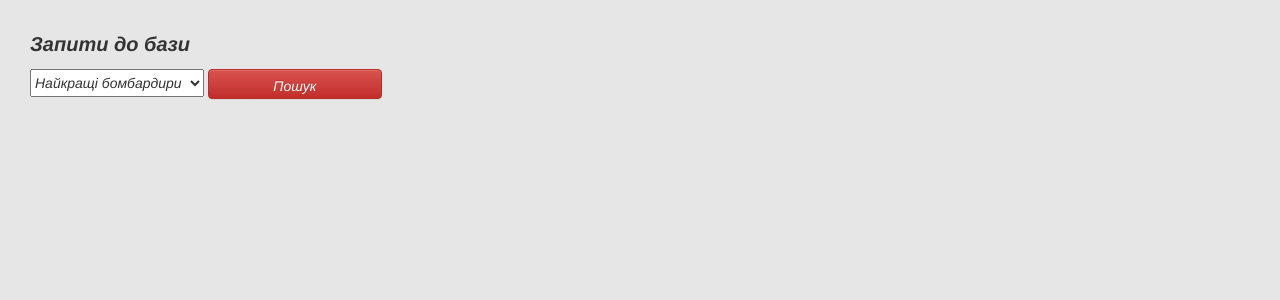
Repository: polik1996/StatisticManager
Page: StatisticsManager/WebContent/queryForPlayer.html
The author's editor kept a copy of each file at every save. The page is drawn from the files as they stood at one save, then again after the next save.
The browser window is 1280 px wide. The pictures show the whole page.

Above is the page before, as saved 2016-06-16 22:01:31.
Console error (its wording comes from the project's code and is left out).

After the next save:
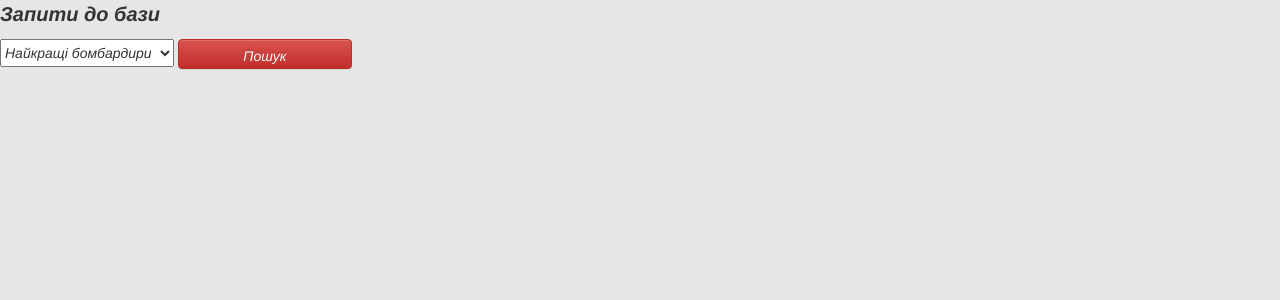
Saved 38 s later.
--- a/StatisticsManager/WebContent/queryForPlayer.html
+++ b/StatisticsManager/WebContent/queryForPlayer.html
@@ -10,8 +10,6 @@
      <style>
    body{
     background-color: #e6e6e6; /* Цвет фона веб-страницы */
-	border-width:20px;
-	padding:30px;
 	  font-style:italic;
    }
    b{font-size:20px;
